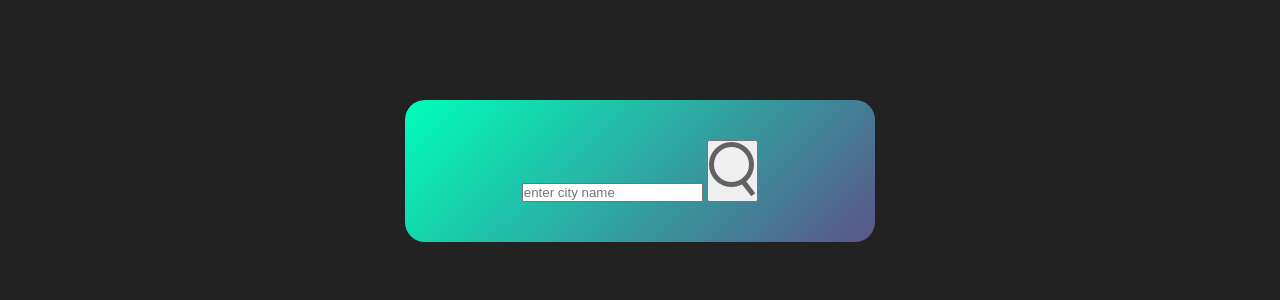
Repository: Alphosmart/weather
Page: index.html
An editor plug-in stored every save of this project. The page is shown before and after the next save, followed by the edit.
The browser window is 1280 px wide. The pictures show the whole page.

Above is the page before, as saved 2024-07-17 16:23:51.

After the next save:
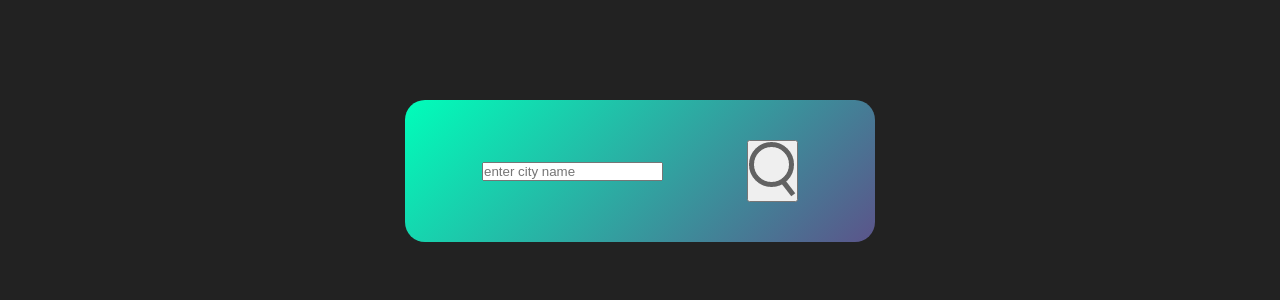
Saved 90 s later.
--- a/style.css
+++ b/style.css
@@ -19,3 +19,12 @@ body {
   padding: 40px 35px;
   text-align: center;
 }
+
+.search {
+  width: 100%;
+  display: flex;
+  align-items: center;
+  justify-content: space-around;
+}
+
+.serach input;
